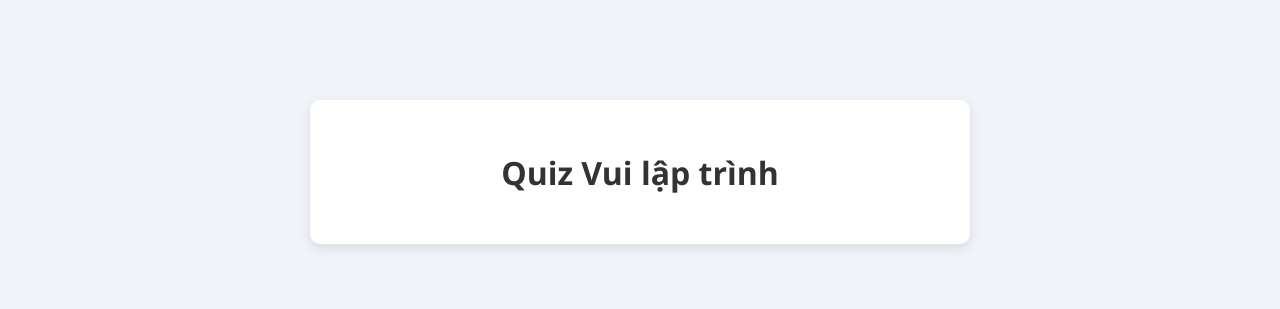
Repository: HuynhPPP/Quiz_App
Page: /
An editor plug-in stored every save of this project. The page is shown before and after the next save, followed by the edit.
The browser window is 1280 px wide. The pictures show the whole page.
The project was rebuilt for these pictures with package versions that can differ from the ones it lists, and the page was loaded fresh each time. Also part of the build but not shown: vite.config.js.

Above is the page before, as saved 2025-09-26 14:27:42.

After the next save:
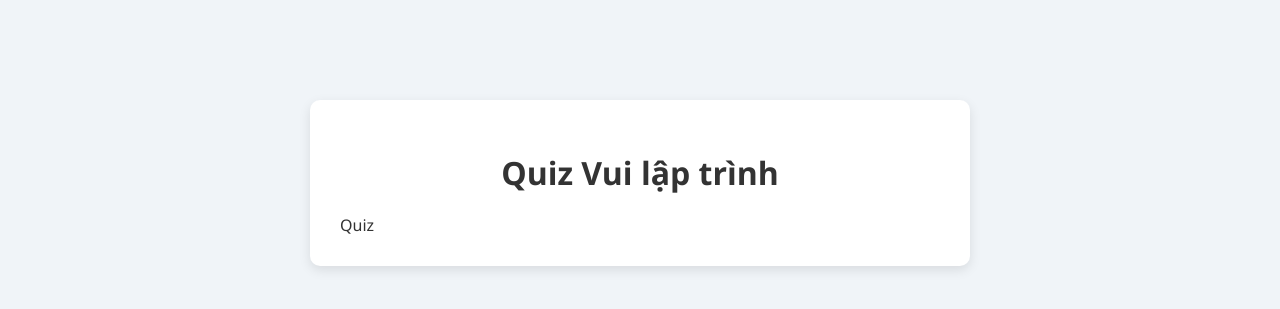
Saved 21 s later.
--- a/src/App.jsx
+++ b/src/App.jsx
@@ -1,7 +1,11 @@
+import Quiz from './components/Quiz'
+
+
 function App() {
   return (
     <div className="container">
       <h1>Quiz Vui lập trình</h1>
+      <Quiz />
     </div>
   )
 }
